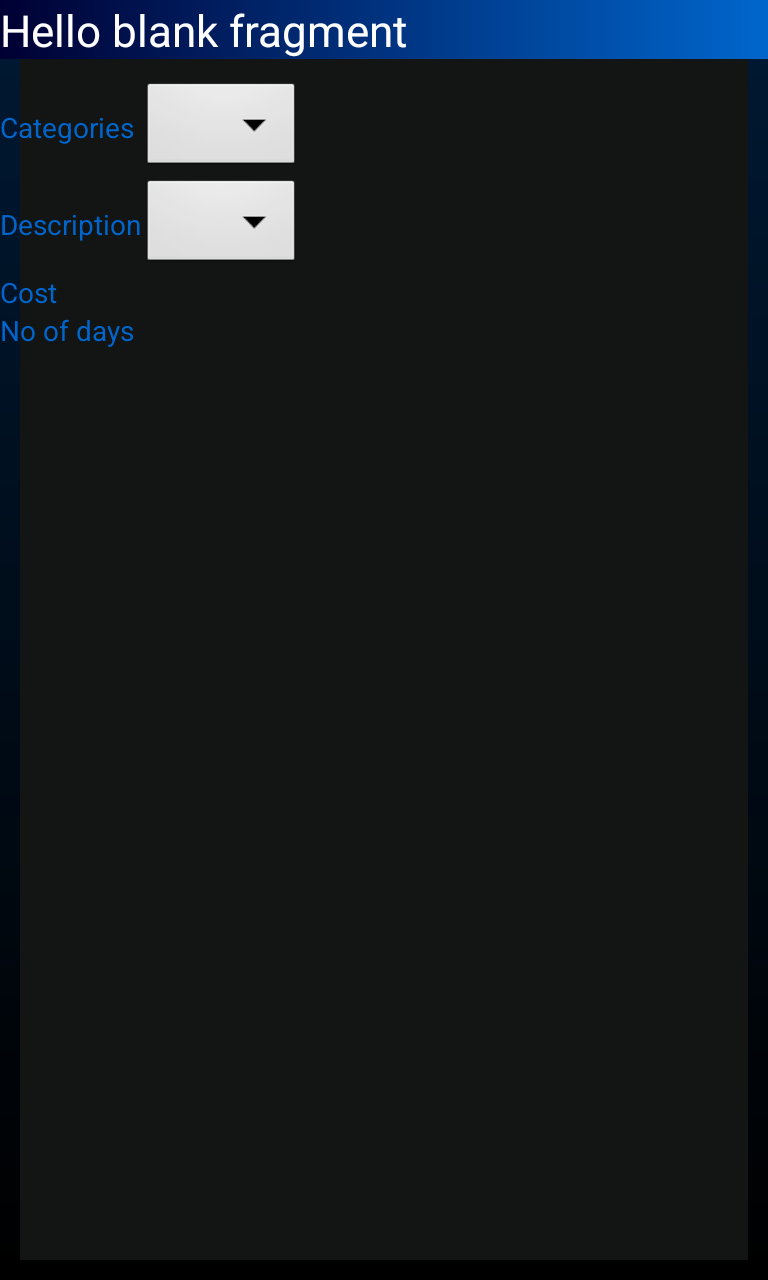
Repository: jasleen1291/B2BMobileApplication
Layout: Mobile E Commerce/B2B/res/layout/fragment_buy_advertisement.xml
The author's editor kept a copy of each file at every save. The layout is drawn from the files as they stood at one save, then again after the next save.
It is drawn on a 768 x 1280 px phone screen (xhdpi) without system bars, with theme mycustomtheme; the app's code is not run.

Above is the layout before, as saved 2013-05-26 10:50:37.

### Mobile E Commerce/B2B/res/layout/fragment_buy_advertisement.xml
<FrameLayout xmlns:android="http://schemas.android.com/apk/res/android"
    xmlns:tools="http://schemas.android.com/tools"
    android:layout_width="match_parent"
    android:layout_height="match_parent"
    tools:context=".BuyAdvertisement" >

    <!-- TODO: Update blank fragment layout -->

<LinearLayout
    android:layout_width="match_parent"
    android:layout_height="match_parent"
    android:orientation="vertical" >

    <TextView
        style="@style/titlebarstyle"
        android:text="@string/hello_blank_fragment" />

    <TableLayout
        android:layout_width="wrap_content"
        android:layout_height="match_parent" >

        <TableRow
            android:id="@+id/tableRow1"
            android:layout_width="wrap_content"
            android:layout_height="wrap_content" >

            <TextView
                android:id="@+id/textView1"
                android:layout_width="wrap_content"
                android:layout_height="wrap_content"
                android:layout_gravity="center_vertical"
                android:text="@string/categories" />

            <Spinner
                android:id="@+id/spinner1"
                android:layout_width="wrap_content"
                android:layout_height="wrap_content" />

        </TableRow>

        <TableRow
            android:id="@+id/tableRow2"
            android:layout_width="wrap_content"
            android:layout_height="wrap_content" >

            <TextView
                android:id="@+id/textView2"
                android:layout_width="wrap_content"
                android:layout_height="wrap_content"
                android:layout_gravity="center_vertical"
                android:text="@string/description" />

            <Spinner
                android:id="@+id/spinner2"
                android:layout_width="wrap_content"
                android:layout_height="wrap_content" />

        </TableRow>

        <TableRow
            android:id="@+id/tableRow3"
            android:layout_width="wrap_content"
            android:layout_height="wrap_content" >

            <TextView
                android:id="@+id/textView4"
                android:layout_width="wrap_content"
                android:layout_height="wrap_content"
                android:text="@string/cost" />

            <TextView
                android:id="@+id/cost"
                android:layout_width="wrap_content"
                android:textIsSelectable="false"
                android:layout_height="wrap_content" />

        </TableRow>

        <TableRow
            android:id="@+id/tableRow4"
            android:layout_width="wrap_content"
            android:layout_height="wrap_content" >

            <TextView
                android:id="@+id/textView5"
                android:layout_width="wrap_content"
                android:layout_height="wrap_content"
                android:text="@string/days" />

            <TextView
                android:id="@+id/days"
                android:textIsSelectable="false"
                android:layout_width="wrap_content"
                android:layout_height="wrap_content" />

        </TableRow>
    </TableLayout>
</LinearLayout>
<View android:layout_width="match_parent"
    android:layout_height="match_parent"/>

</FrameLayout>

### Mobile E Commerce/B2B/res/values/mycustomtheme.xml
<?xml version="1.0" encoding="utf-8"?>
<resources xmlns:android="http://schemas.android.com/apk/res/android">
    <style name="mycustomtheme" parent="@android:style/Theme.NoTitleBar.Fullscreen">
        <item name="android:windowBackground">@drawable/mybg</item>
       	<item name="android:textColor">#0066cc</item>
       	<item name="android:textColorHint">#51BFE2</item>
    </style>

</resources>

### Mobile E Commerce/B2B/res/drawable/mybg.xml
<?xml version="1.0" encoding="utf-8"?>
<layer-list  xmlns:android="http://schemas.android.com/apk/res/android">
    <item>
<shape android:shape="rectangle">



        <gradient android:startColor="#001933"  android:endColor="#000" android:angle="270"/>


</shape>
</item>
<item android:left="10dp" android:top="10dp" android:right="10dp" android:bottom="10dp">

<shape android:shape="rectangle">



        <solid android:color="#131414"></solid>


</shape>
</item>
</layer-list>

### Mobile E Commerce/B2B/res/values/styles.xml
<?xml version="1.0" encoding="utf-8"?>
<resources xmlns:android="http://schemas.android.com/apk/res/android">

    <!--
        Base application theme, dependent on API level. This theme is replaced
        by AppBaseTheme from res/values-vXX/styles.xml on newer devices.

    -->
    <style name="AppBaseTheme" parent="android:Theme.Light">
        <!--
            Theme customizations available in newer API levels can go in
            res/values-vXX/styles.xml, while customizations related to
            backward-compatibility can go here.

        -->
    </style>

    <!-- Application theme. -->
    <style name="AppTheme" parent="AppBaseTheme">
        <!-- All customizations that are NOT specific to a particular API-level can go here. -->
    </style>

    <style name="LoginFormContainer">
        <item name="android:layout_width">match_parent</item>
        <item name="android:layout_height">wrap_content</item>
        <item name="android:padding">16dp</item>
    </style>
    <style name="TextViewStyle">
        <item name="android:layout_width">wrap_content</item>
        <item name="android:layout_height">wrap_content</item>
        <item name="android:gravity">right</item>
        <item name="android:textSize">14sp</item>
        <item name="android:textColor">#0066cc</item>
        <item name="android:layout_margin">5dp</item>
    </style>
	<style name="EditTextStyle">
        <item name="android:layout_width">match_parent</item>
        <item name="android:layout_height">wrap_content</item>
        <item name="android:textSize">16sp</item>
        <item name="android:textColor">#0066cc</item>

        <item name="android:layout_marginLeft">16dp</item>
        <item name="android:layout_marginRight">16dp</item>
        <item name="android:layout_marginTop">5dp</item>
        <item name="android:background">@drawable/textview_border</item>
    </style>
	<style name="SpinnerStyle">
        <item name="android:layout_width">match_parent</item>
        <item name="android:layout_height">wrap_content</item>
        <item name="android:textSize">16sp</item>
        <item name="android:textColor">#0066cc</item>

        <item name="android:layout_marginLeft">16dp</item>
        <item name="android:layout_marginRight">16dp</item>
        <item name="android:layout_marginTop">5dp</item>

    </style>
	<style name="titlebarstyle">
	    <item name="android:layout_marginBottom">10dp</item>
        <item name="android:layout_width">match_parent</item>
        <item name="android:layout_height">wrap_content</item>
        <item name="android:background">@drawable/titlebar</item>
        <item name="android:textColor">@android:color/white</item>
        <item name="android:textAppearance">?android:attr/textAppearanceLarge</item>
	</style>
	<style name="titlebarstylesmall">


        <item name="android:textColor">@android:color/white</item>

	</style>
</resources>

### Mobile E Commerce/B2B/res/values/strings.xml
<?xml version="1.0" encoding="utf-8"?>
<resources>

    <string name="app_name">B2B</string>
    <string name="action_settings">Settings</string>
    <string name="hello_world">Hello world!</string>
    <string name="Loading">Loading&#8230;&#8230;&#8230;</string>
    <string name="title_activity_sign_up">Sign Up</string>

    <string-array name="signUpAsArray">
        <item>Customer</item>
        <item>Retailer</item>
        <item>Supplier</item>
    </string-array>

    <string name="title_activity_registeration">RegisterationActivity</string>
    <string name="title_activity_customer_area">CustomerArea</string>
    <string name="welcome">Welcome</string>
    <string name="title_activity_admin_area">Admin_area</string>
    <string name="general_complaint_fragment">General Complaint</string>
    <string name="hello_blank_fragment">Hello blank fragment</string>
    <string name="general_complaint">General Complaint</string>
    <string name="respond">Respond</string>
    <string name="submit">Submit</string>
    <string name="addcategory">Parent Category</string>
    <string name="categoryhint">Category</string>
    <string name="AddParentCategory">Add super category</string>
    <string name="complaintAbout">Complaint About</string>
    <string name="complainFrom">Complaint From</string>
    <string name="itemComplaint">Complaints about Items</string>
    <string name="shopComplaint">Complaint about shop</string>
    <string name="generalNotification">General Notification</string>
    <string name="urgentNotification">Urgent Notification</string>
    <string name="title">Title</string>
    <string name="message">Message</string>
    <string name="markAll">Mark all</string>
    <string name="advertisementPricing">Advertisement Pricing</string>
    <string name="desc">Description</string>
    <string name="days">No of days</string>
    <string name="cost">Cost</string>
    <string name="size">Size of advertisement</string>
    <string name="type">Type</string>
    <string name="fine">Fine</string>
    <string name="pickCategory">Pick a Category</string>

    <string-array name="typeArray">
        <item>Retailer</item>
        <item>Supplier</item>
    </string-array>

    <string name="update">Update</string>
    <string name="delete">Delete</string>
    <string name="view_advertisement">View Advertisements</string>
    <string name="noofcategories">No of Categories</string>
    <string name="shoppricing">Shop Pricing</string>
    <string name="view_fine_pricing">View Fine Pricing</string>
    <string name="shop_pricing">Shop Pricing</string>
    <string name="subCategory">Add Sub Category</string>
    <string name="addshop">Add Shop</string>
    <string name="title_activity_pay_fine">Pay Fine</string>
    <string name="finetitle">Your account has been suspended by the admin. Pay fine to continue using this applciation.</string>
    <string name="fineabc">Your payment has been received. Your account will now be restored. Please wait few minutes</string>
    <string name="title_activity_retailer_area">Retailer_area</string>
    <string name="title_activity_first_time_login">FirstTimeLogin</string>
    <string name="EditMyCategories">Edit My Categories</string>
    <string name="addnewitem">Add New Item</string>
    <string name="itemname">Item Name</string>
    <string name="longdescription">Long Description</string>
    <string name="qtyperunit">Qty Per unit</string>
    <string name="unit_of_measurement">Unit of Measurement</string>
    <string name="shopName">Shop Name</string>
    <string name="description">Description</string>
    <string name="categoriesAllowed">No of categories allowed</string>
    <string name="itemsSelling">No of Items Selling</string>
    <string name="itemsAvailable">No of Items not Selling</string>
    <string name="expirydate">Expiry Date</string>
    <string name="paymentEmail">Payment Email</string>
    <string name="selectcategory">Select a Category</string>
    <string name="clicktochange">Click On Image To Change It</string>
    <string name="cp">C.P.</string>
    <string name="sp">S.P.</string>
    <string name="minorder">Min order</string>
    <string name="discount">Discount</string>
    <string name="qtyonorder">Qty. On Order</string>
    <string name="qtyonhand">Qty. On Hand</string>
    <string name="qty">Qty.</string>
    <string name="viewdetails">View Details</string>
    <string name="note">Long Click on Image to view expanded image</string>
    <string name="chngImg">Change Image</string>
    <string name="addWarehouse">Add Warehouse</string>
    <string name="name">Name</string>
    <string name="cancel">Cancel</string>
    <string name="itemavailabilty">Item Availabilty</string>
    <string name="batchDiscounts">Batch Discounts</string>
    <string name="clicktoupdate">Click to Update</string>
    <string name="add">Add</string>
    <string name="place_order">Place Order</string>
    <string name="Method">Method</string>
    <string name="warehouse">Warehouse</string>
    <string-array name="ordervia">
        <item >Email</item>
        <item >Phone</item>
    </string-array>
        <string name="total">Total</string>
        <string name="zero">0</string>
        <string name="totalitems">Total No of Items</string>
        <string name="date">Date</string>
        <string name="placed_by">Placed To</string>
        <string name="placed_to">Placed To</string>
        <string name="shipment_address">Shipment Address</string>
        <string name="vieworderlist">View Orders List</string>
        <string name="order_details">Order Details</string>
        <string name="update_status">Update Status</string>
        <string name="categories">Categories</string>
        <string name="plan_details">Plan Details</string>

</resources>

### Mobile E Commerce/B2B/res/drawable/titlebar.xml
<?xml version="1.0" encoding="utf-8"?>
<shape xmlns:android="http://schemas.android.com/apk/res/android" android:shape="rectangle">
    <gradient  android:endColor="#0066CC" android:startColor="#000033"/>

</shape>

After the next save:
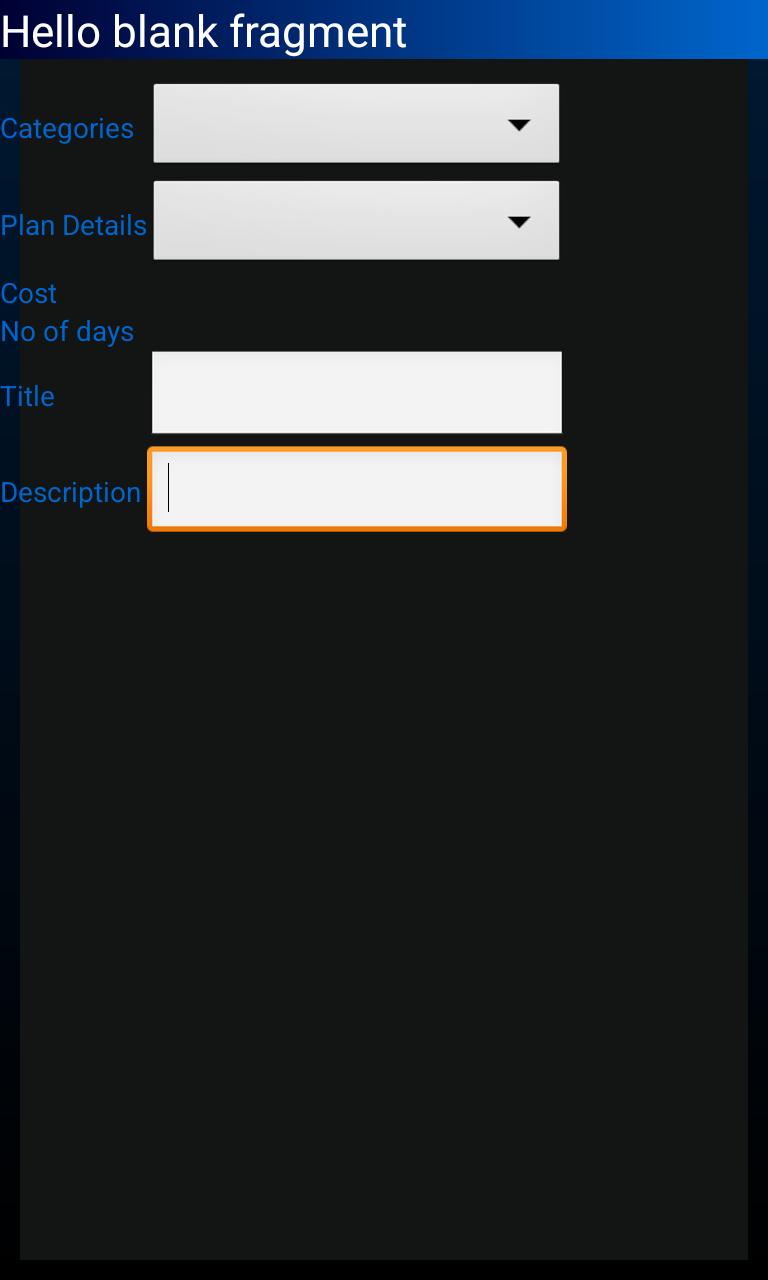
Saved 83 s later.
--- a/Mobile E Commerce/B2B/res/layout/fragment_buy_advertisement.xml
+++ b/Mobile E Commerce/B2B/res/layout/fragment_buy_advertisement.xml
@@ -1,6 +1,6 @@
 <FrameLayout xmlns:android="http://schemas.android.com/apk/res/android"
     xmlns:tools="http://schemas.android.com/tools"
-    android:layout_width="match_parent"
+    android:layout_width="wrap_content"
     android:layout_height="match_parent"
     tools:context=".BuyAdvertisement" >
 
@@ -35,7 +35,6 @@
                 android:id="@+id/spinner1"
                 android:layout_width="wrap_content"
                 android:layout_height="wrap_content" />
-
         </TableRow>
 
         <TableRow
@@ -48,13 +47,12 @@
                 android:layout_width="wrap_content"
                 android:layout_height="wrap_content"
                 android:layout_gravity="center_vertical"
-                android:text="@string/description" />
+                android:text="@string/plan_details" />
 
             <Spinner
                 android:id="@+id/spinner2"
                 android:layout_width="wrap_content"
                 android:layout_height="wrap_content" />
-
         </TableRow>
 
         <TableRow
@@ -71,9 +69,8 @@
             <TextView
                 android:id="@+id/cost"
                 android:layout_width="wrap_content"
-                android:textIsSelectable="false"
-                android:layout_height="wrap_content" />
-
+                android:layout_height="wrap_content"
+                android:textIsSelectable="false" />
         </TableRow>
 
         <TableRow
@@ -89,12 +86,65 @@
 
             <TextView
                 android:id="@+id/days"
-                android:textIsSelectable="false"
                 android:layout_width="wrap_content"
-                android:layout_height="wrap_content" />
+                android:layout_height="wrap_content"
+                android:textIsSelectable="false" />
+
+
 
         </TableRow>
+         <TableRow
+                android:id="@+id/tableRow5"
+                android:layout_width="wrap_content"
+                android:layout_height="wrap_content" >
+
+             <TextView
+                 android:id="@+id/textView3"
+                 android:layout_width="wrap_content"
+                 android:layout_height="wrap_content"
+                 android:text="@string/title" />
+
+             <EditText
+                 android:id="@+id/editText2"
+                 android:layout_width="wrap_content"
+                 android:layout_height="wrap_content"
+                 android:ems="10" />
+
+            </TableRow>
+             <TableRow
+                android:id="@+id/tableRow5"
+                android:layout_width="wrap_content"
+                android:layout_height="wrap_content" >
+
+                 <TextView
+                     android:id="@+id/textView6"
+                     android:layout_width="wrap_content"
+                     android:layout_height="wrap_content"
+                     android:text="@string/description" />
+
+                 <EditText
+                     android:id="@+id/editText1"
+                     android:layout_width="wrap_content"
+                     android:layout_height="wrap_content"
+                     android:inputType="textMultiLine"
+                     android:ems="10" >
+
+                     <requestFocus />
+                 </EditText>
+
+            </TableRow>
+             <TableRow
+                android:id="@+id/tableRow5"
+                android:layout_width="wrap_content"
+                android:layout_height="wrap_content" >
+            </TableRow>
+             <TableRow
+                android:id="@+id/tableRow5"
+                android:layout_width="wrap_content"
+                android:layout_height="wrap_content" >
+            </TableRow>
     </TableLayout>
+
 </LinearLayout>
 <View android:layout_width="match_parent"
     android:layout_height="match_parent"/>
